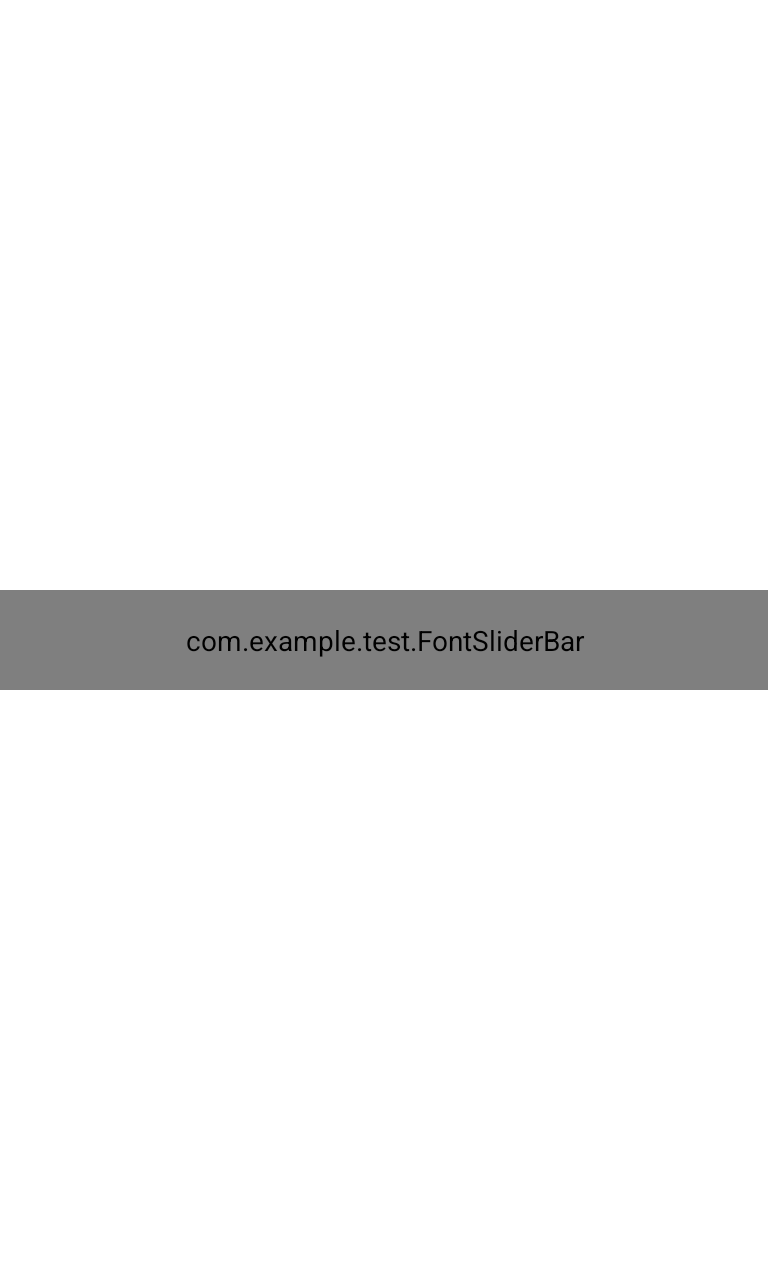
Repository: MichaelChansn/HostAndSlave
Layout: Test/res/layout/activity_main.xml
These files come from the project's save history. The layout is drawn as it stood at one moment and after the next save; the edit follows.
Pictures or frames that could not be fetched are drawn as grey boxes. It is drawn on a 768 x 1280 px phone screen (xhdpi) without system bars, with theme AppTheme; the app's code is not run.

Above is the layout before, as saved 2016-08-22 15:06:11.

### Test/res/layout/activity_main.xml
<RelativeLayout xmlns:android="http://schemas.android.com/apk/res/android"
    xmlns:tools="http://schemas.android.com/tools"
    android:layout_width="match_parent"
    android:layout_height="match_parent"
    tools:context="com.example.test.MainActivity" >

     <!-- <com.example.test.FontView
        android:layout_width="wrap_content"
        android:layout_height="wrap_content"
        android:text="@string/hello_world" />  -->

<!-- <com.example.test.MultiCricleView
     android:layout_width="wrap_content"
        android:layout_height="wrap_content"
    /> -->
    <com.example.test.FontSliderBar
        android:id="@+id/sliderbar"
        android:layout_centerVertical="true"
        android:layout_width="match_parent"
        android:layout_height="50dp"
        android:paddingLeft="10dp"
        android:paddingRight="10dp"
        android:paddingTop="10dp"
        android:paddingBottom="10dp"

        />
</RelativeLayout>

Loaded but not shown: Test/res/values/styles.xml (common file); Test/res/values-v11/styles.xml (common file); Test/res/values-v14/styles.xml (common file); Test/res/values/strings.xml (common file)

After the next save:
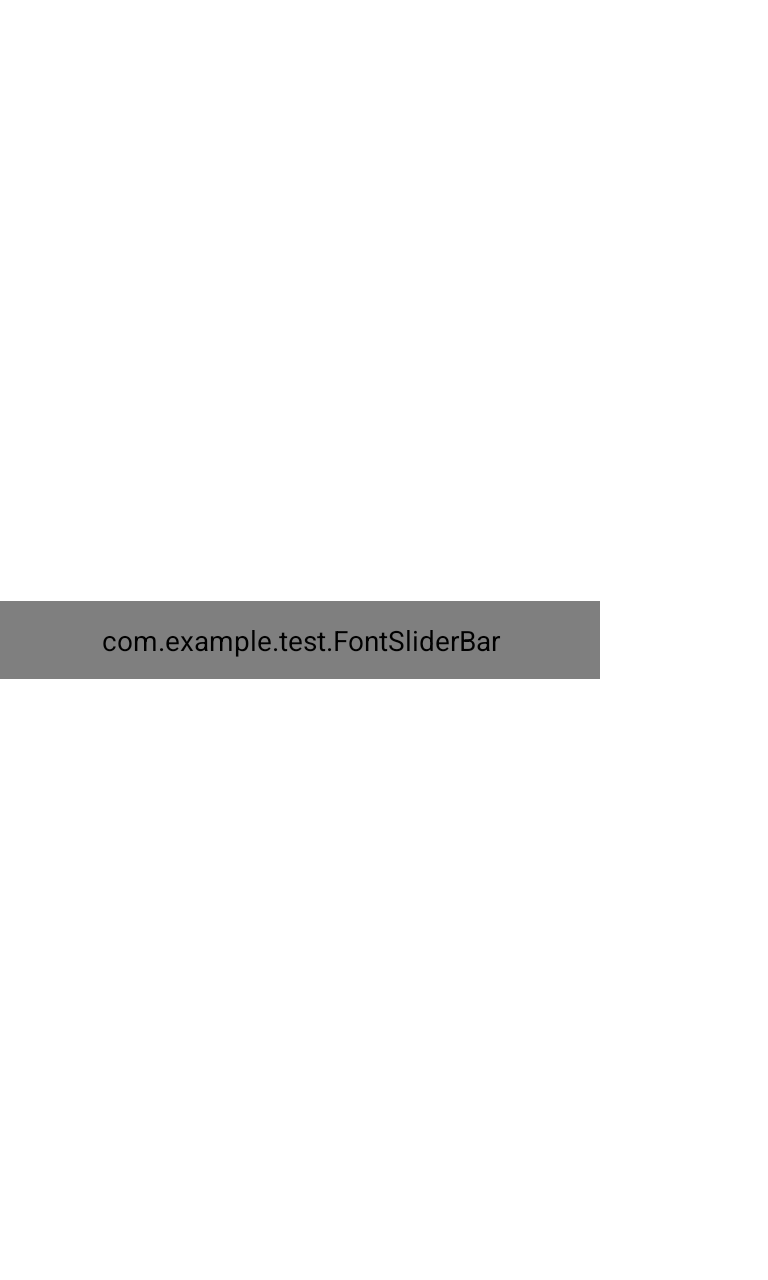
Saved 27 s later.
--- a/Test/res/layout/activity_main.xml
+++ b/Test/res/layout/activity_main.xml
@@ -16,8 +16,8 @@
     <com.example.test.FontSliderBar
         android:id="@+id/sliderbar"
         android:layout_centerVertical="true"
-        android:layout_width="match_parent"
-        android:layout_height="50dp"
+        android:layout_width="300dp"
+        android:layout_height="wrap_content"
         android:paddingLeft="10dp"
         android:paddingRight="10dp"
         android:paddingTop="10dp"
